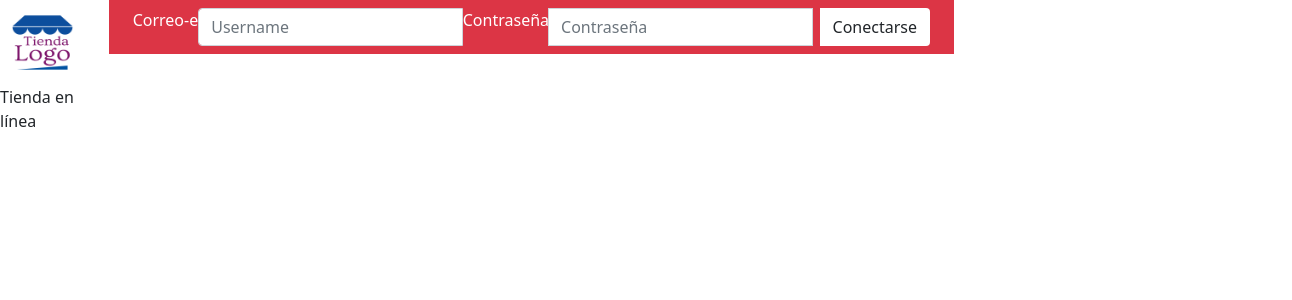
Repository: nicorp00/bootstrapSass
Page: Main/index.html
These files come from the project's save history. The page is drawn as it stood at one moment and after a run of saves; the edit follows.
The browser window is 1280 px wide. The page is 1292 px wide, so the pictures cover 1292 px, including what lies to the right of the window. The pictures show the whole page.
The style sheet was rebuilt from its Sass, Less or Tailwind sources for each picture, by a compiler version that may differ from the author's.

Above is the page before, as saved 2022-03-25 11:04:24.

After the next 3 saves:
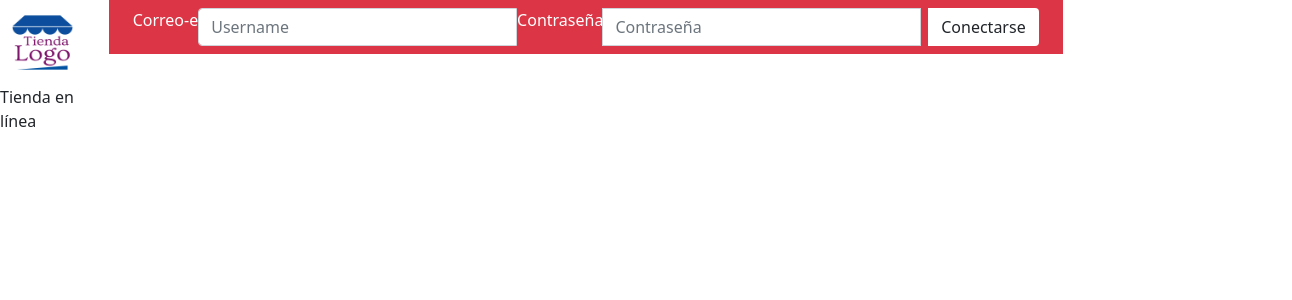
The 3 saves are shown as one change because they came seconds apart.
The last was saved 17 s later.
--- a/Main/index.html
+++ b/Main/index.html
@@ -14,7 +14,7 @@
             <img src="img/logo.png" class="img-fluid" alt="...">
             <span>Tienda en línea</span>
         </div>
-        <div class="top-nav col-8">
+        <div class="top-nav col-9">
             <nav class="navbar navbar-danger bg-danger">
                 <form class="container-fluid">
                   <div class="input-group">

After the 3 saves that followed:
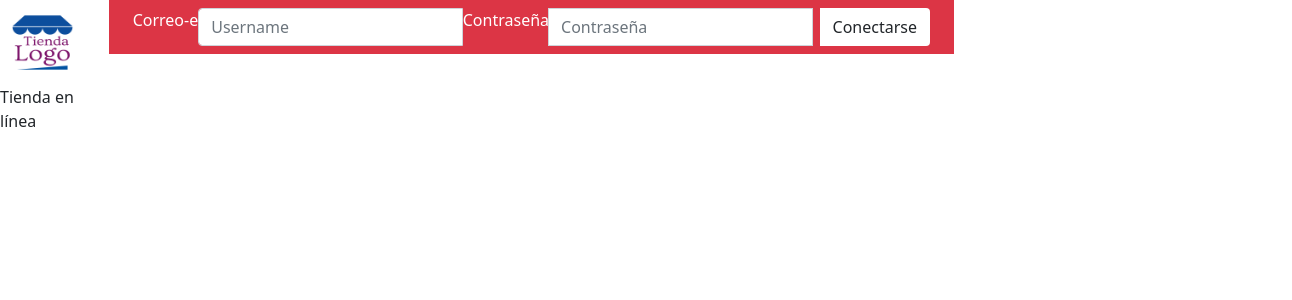
The 3 saves are shown as one change because 1 left the picture as it was and some came seconds apart.
The last was saved 16 s later.
--- a/Main/index.html
+++ b/Main/index.html
@@ -14,7 +14,7 @@
             <img src="img/logo.png" class="img-fluid" alt="...">
             <span>Tienda en línea</span>
         </div>
-        <div class="top-nav col-9">
+        <div class="top-nav col-8">
             <nav class="navbar navbar-danger bg-danger">
                 <form class="container-fluid">
                   <div class="input-group">
